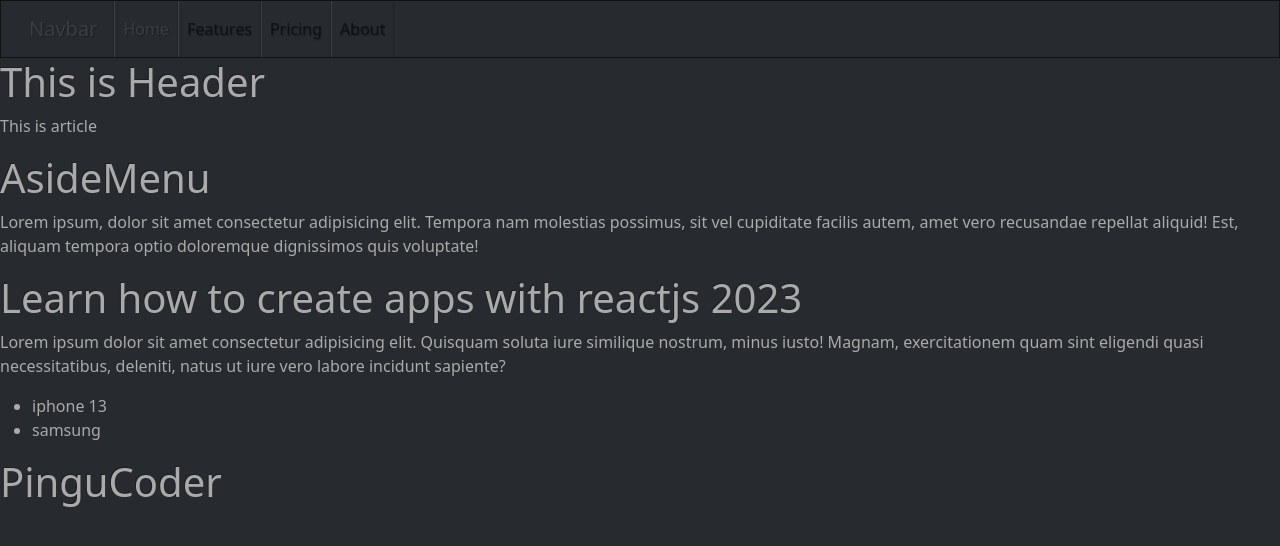
Repository: chanwarichawki/React-BC
Page: /
These files come from the project's save history. The page is drawn as it stood at one moment and after the next save; the edit follows.
The browser window is 1280 px wide. The pictures show the whole page.
Some web libraries are served in a nearby version. The project was rebuilt for these pictures with package versions that can differ from the ones it lists, and the page was loaded fresh each time. Also part of the build but not shown: vite.config.js.

Above is the page before, as saved 2024-01-15 15:08:08.

### src/App.jsx
import Article from "./components/Article";
import Header from "./components/Header";
import NavBar from "./components/NavBar";
import Products from "./components/Products";

function App() {
  return (
    <>
    <NavBar />
    <Header />
    <Article />
    <Products />
    <h1>PinguCoder</h1>
    </>
  )
}

export default App

### src/index.css
@import "/node_modules/bootswatch/dist/slate/bootstrap.min.css"

### src/components/Article.jsx
import AsideMenu from "./AsideMenu"

const Article = () => {
  return (
      <>
      <div>
      <p>This is article</p>
      </div>
      <AsideMenu />
      </>
  )
}

export default Article

### src/components/Header.jsx

function Header() {
  return (
    <div><h1>This is Header</h1></div>
  )
}

export default Header

### src/components/NavBar.jsx

function NavBar() {
  return (
    <nav className="navbar navbar-expand-lg bg-dark" data-bs-theme="dark">
  <div className="container-fluid">
    <a className="navbar-brand" href="#">Navbar</a>
    <button className="navbar-toggler" type="button" data-bs-toggle="collapse" data-bs-target="#navbarColor02" aria-controls="navbarColor02" aria-expanded="false" aria-label="Toggle navigation">
      <span className="navbar-toggler-icon"></span>
    </button>
    <div className="collapse navbar-collapse" id="navbarColor02">
      <ul className="navbar-nav me-auto">
        <li className="nav-item">
          <a className="nav-link active" href="#">Home
            <span className="visually-hidden">(current)</span>
          </a>
        </li>
        <li className="nav-item">
          <a className="nav-link" href="#">Features</a>
        </li>
        <li className="nav-item">
          <a className="nav-link" href="#">Pricing</a>
        </li>
        <li className="nav-item">
          <a className="nav-link" href="#">About</a>
        </li>
      </ul>
    </div>
  </div>
</nav>
  )
}

export default NavBar

### src/components/Products.jsx

function Products() {

  let title = "Learn how to create apps with reactjs 2023"
  let showList = true;
  let products = [
    {
      id: 1,
      label: "iphone 13",
      price: 2900
    },
    {
      id: 2,
      label: "samsung",
      price: 1200
    }
  ]
  return (
    <div>
      <h1>{title}</h1>
      <p>Lorem ipsum dolor sit amet consectetur adipisicing elit. Quisquam soluta iure similique nostrum, minus iusto! Magnam, exercitationem quam sint eligendi quasi necessitatibus, deleniti, natus ut iure vero labore incidunt sapiente?</p>

      {/* {showList ? "show list of product" : "none"} */}

      {showList ? (

        <ul>
        {products.map((product, index) => (
          <li key={index}>{product.label}</li>
        ))}
        </ul>
      )
      : ("none")
      }

    </div>
  )
}

export default Products

### src/components/AsideMenu.jsx


function AsideMenu() {
  return (
    <>
    <h1>AsideMenu</h1>
    <p>Lorem ipsum, dolor sit amet consectetur adipisicing elit. Tempora nam molestias possimus, sit vel cupiditate facilis autem, amet vero recusandae repellat aliquid! Est, aliquam tempora optio doloremque dignissimos quis voluptate!</p>
    </>
  )
}

export default AsideMenu

Loaded but not shown: index.html (common file); src/main.jsx (common file)

After the next save:
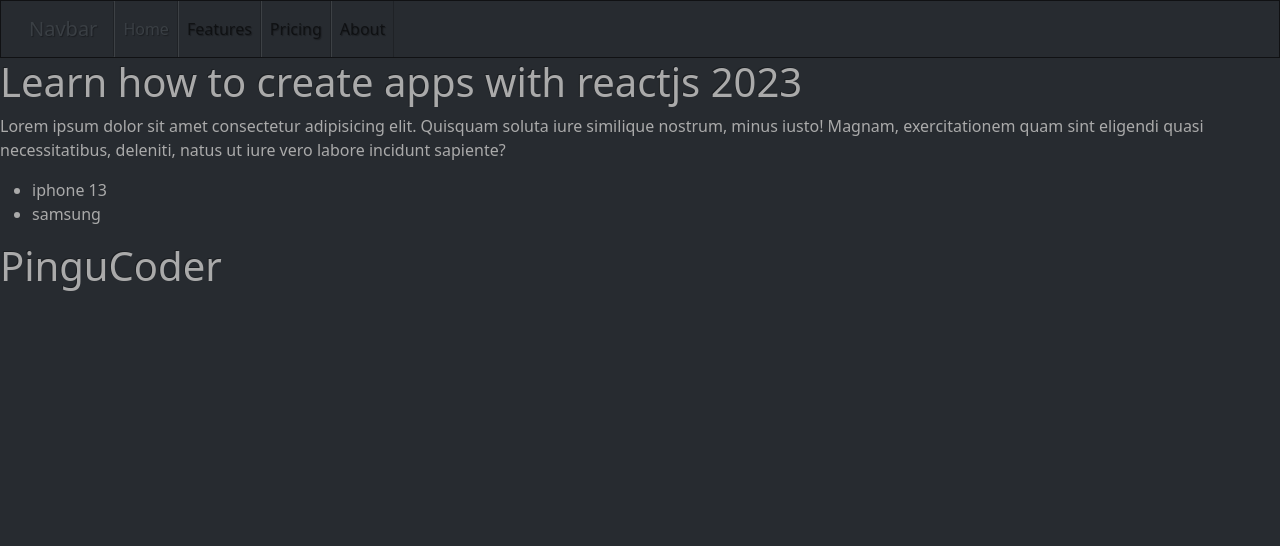
Saved 12 s later.
--- a/src/App.jsx
+++ b/src/App.jsx
@@ -7,8 +7,7 @@ function App() {
   return (
     <>
     <NavBar />
-    <Header />
-    <Article />
+
     <Products />
     <h1>PinguCoder</h1>
     </>
